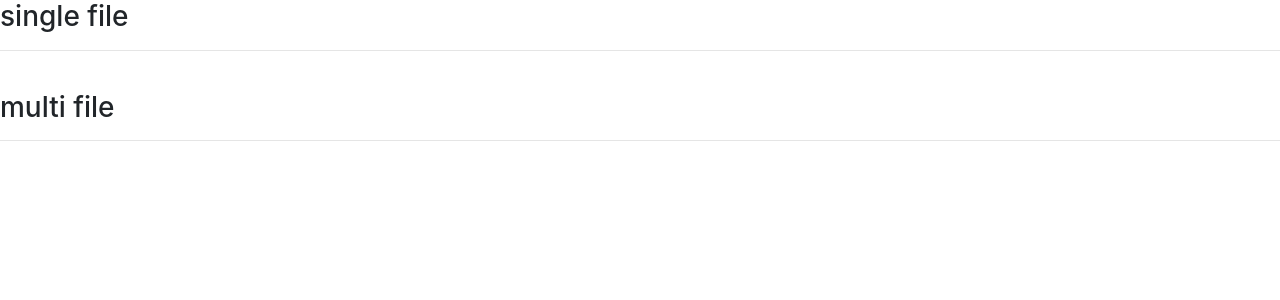
Repository: snowskyblue/SpringEx
Page: http://localhost/1210fileupdown/
The author's editor kept a copy of each file at every save. The page is drawn from the files as they stood at one save, then again after the next save.
The browser window is 1280 px wide. The pictures show the whole page.
The page is served by Tomcat 9.

Above is the page before, as saved 2019-12-10 00:49:39.

After the next save:
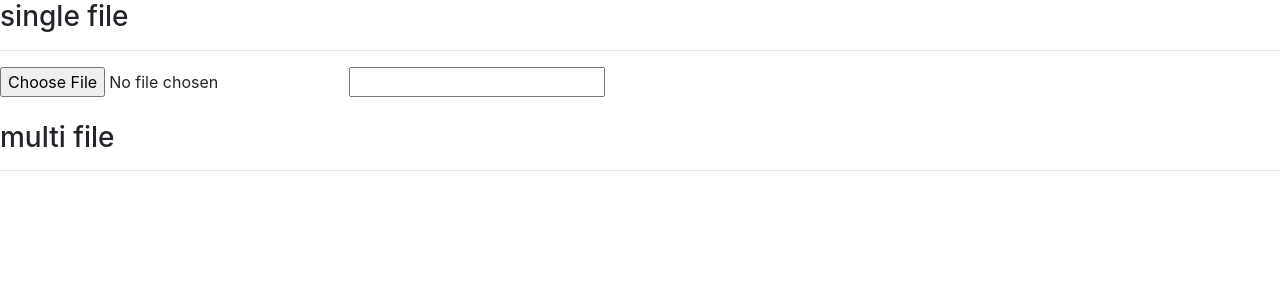
Saved 101 s later.
--- a/1210fileupdown/src/main/webapp/WEB-INF/views/fileUp.jsp
+++ b/1210fileupdown/src/main/webapp/WEB-INF/views/fileUp.jsp
@@ -24,12 +24,13 @@
 <h3>single file</h3>
 <hr/>
 <form id="singleForm" action="requestupload1" method="post" enctype="multipart/form-data">
-
+	<input type="file" name="file" />
+	<input type="text" name="src" />
 </form>
 <br/>
 <h3>multi file</h3>
 <hr/>
-<form id="singleForm" action="requestupload1" method="post" enctype="multipart/form-data">
+<form id="multiForm" action="requestupload2" method="post" enctype="multipart/form-data">
 
 </form>
 
